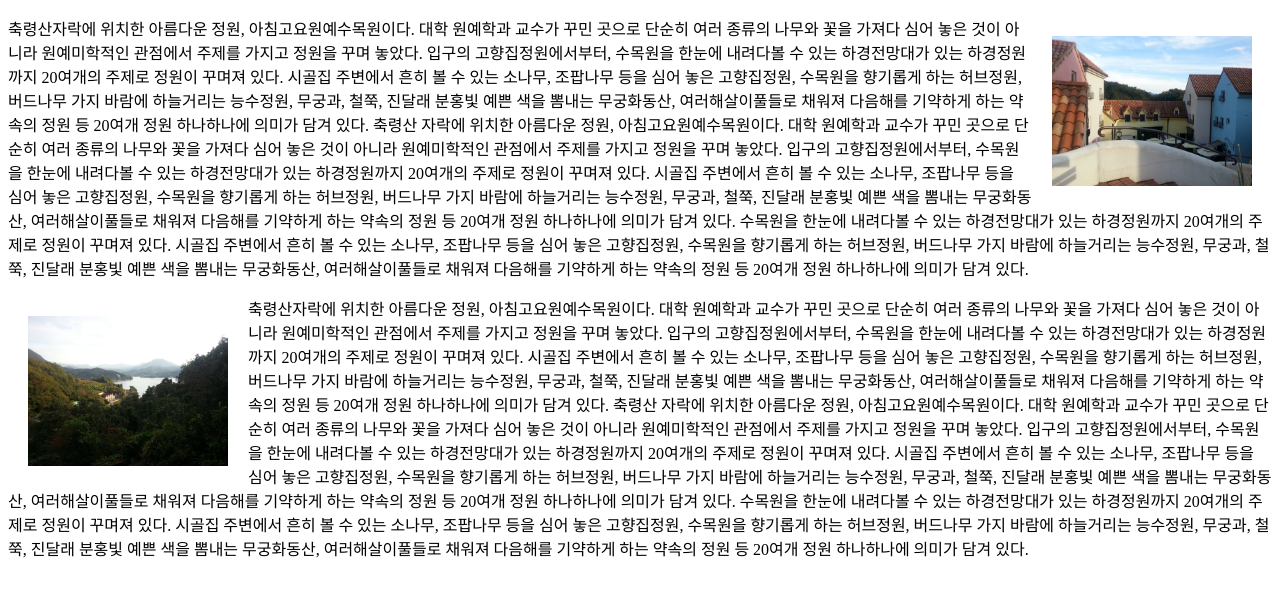
Repository: snowcuphea/webwork_class
Page: clientweb/WebContent/css/css_float_test02.html
These files come from the project's save history. The page is drawn as it stood at one moment and after the next save; the edit follows.
The browser window is 1280 px wide. The pictures show the whole page.

Above is the page before, as saved 2020-01-06 01:39:38.

After the next save:
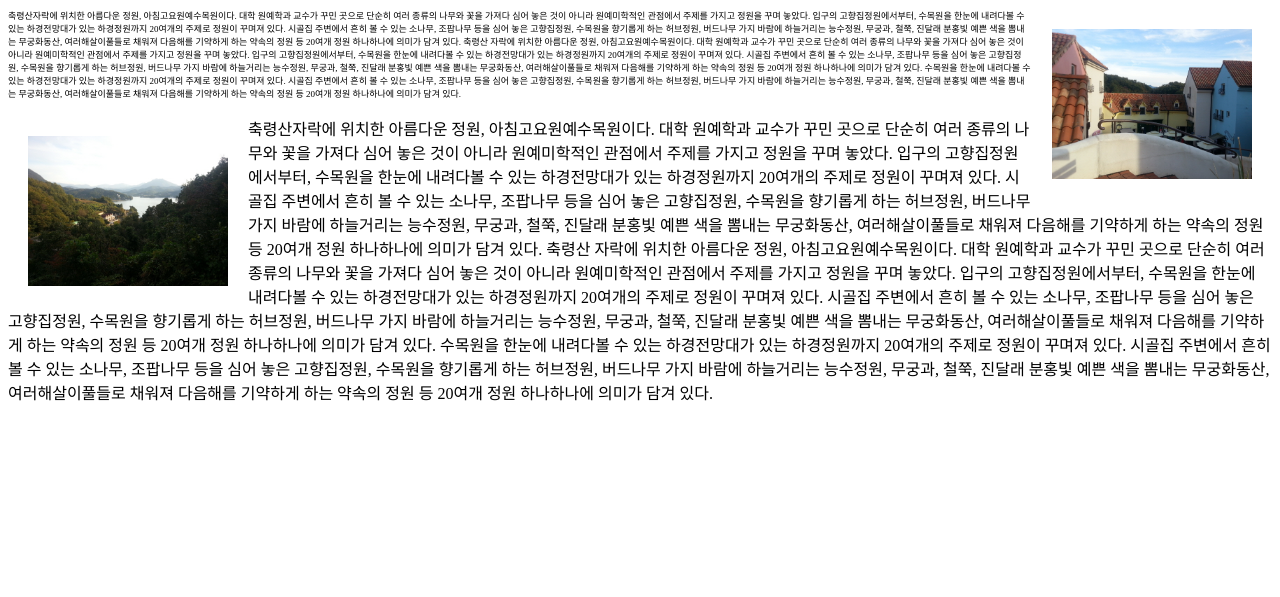
Saved 42 s later.
--- a/clientweb/WebContent/css/css_float_test02.html
+++ b/clientweb/WebContent/css/css_float_test02.html
@@ -15,6 +15,10 @@
 		width : 200px;
 		float : left;
 		margin : 20px;
+}
+
+#para1 {
+	font-size: 9px;
 }
 
 

After the save that followed:
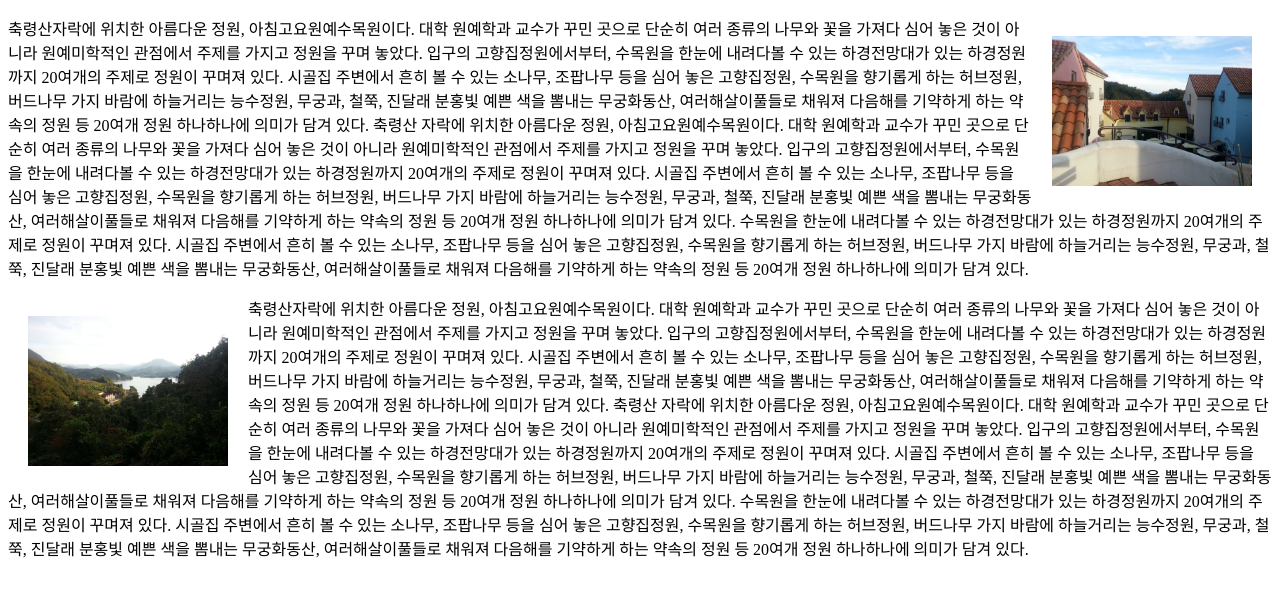
Saved 28 s later.
--- a/clientweb/WebContent/css/css_float_test02.html
+++ b/clientweb/WebContent/css/css_float_test02.html
@@ -17,9 +17,8 @@
 		margin : 20px;
 }
 
-#para1 {
-	font-size: 9px;
-}
+#body{
+font-size: 9pt;}
 
 
 
